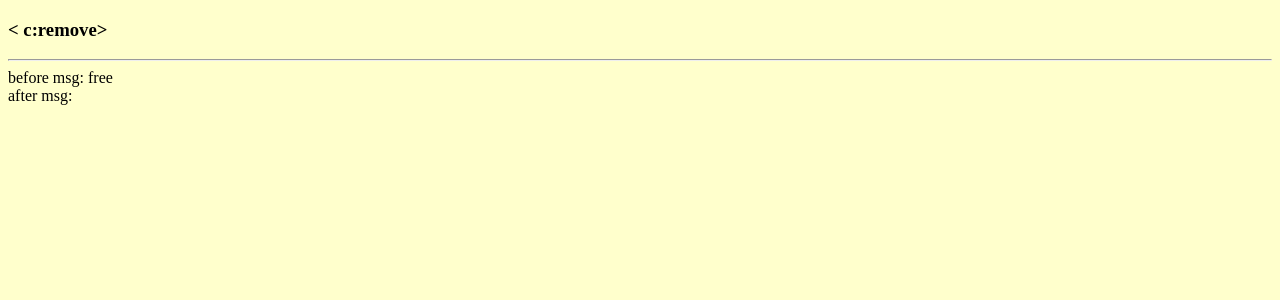
Repository: topblame/Bootcamp
Page: http://localhost/JSP_250408/chapter05/01_jstlExam.jsp
The author's editor kept a copy of each file at every save. The page is drawn from the files as they stood at one save, then again after the next save.
The browser window is 1280 px wide. The pictures show the whole page.
The page is served by Tomcat 9. Other server files are loaded and not shown.

Above is the page before, as saved 2025-06-27 02:14:58.

### WebMvc/JSP_250408/src/main/webapp/chapter05/01_jstlExam.jsp
<%@ page language="java" contentType="text/html; charset=UTF-8" pageEncoding="UTF-8"%>
<%@ taglib prefix = "c" uri = "http://java.sun.com/jsp/jstl/core" %>
<!DOCTYPE html PUBLIC "-//W3C//DTD HTML 4.01 Transitional//EN" "http://www.w3.org/TR/html4/loose.dtd">
<html>
<head>
<meta http-equiv="Content-Type" content="text/html; charset=UTF-8">
<title>JSTL</title> <!-- java-server standard tag lib -->
</head>
<body bgcolor = "#ffffcc">
<h3>&lt; c:remove&gt;</h3>
<hr />
<c:set var ="msg" value = "free"/>
before msg: ${msg }
<br />
<c:remove var = "msg"/>
after msg: ${msg }
<p></p>
</body>
</html>
<!--JSTL(JavaServer Pages Standard Tag Library): JSP에서 자주 사용되는 자바 코드를 태그방식으로 지원 -->

After the next save:
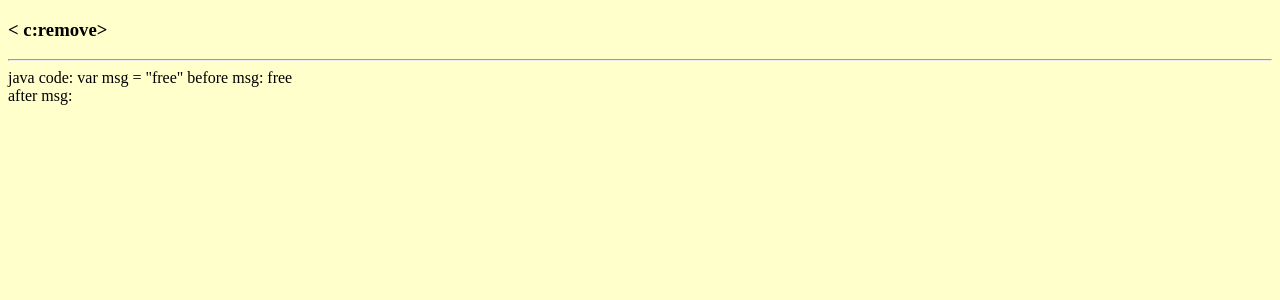
Saved 115 s later.
--- a/WebMvc/JSP_250408/src/main/webapp/chapter05/01_jstlExam.jsp
+++ b/WebMvc/JSP_250408/src/main/webapp/chapter05/01_jstlExam.jsp
@@ -9,6 +9,7 @@
 <body bgcolor = "#ffffcc">
 <h3>&lt; c:remove&gt;</h3>
 <hr />
+java code: var msg = "free"
 <c:set var ="msg" value = "free"/>
 before msg: ${msg }
 <br />

After the save that followed:
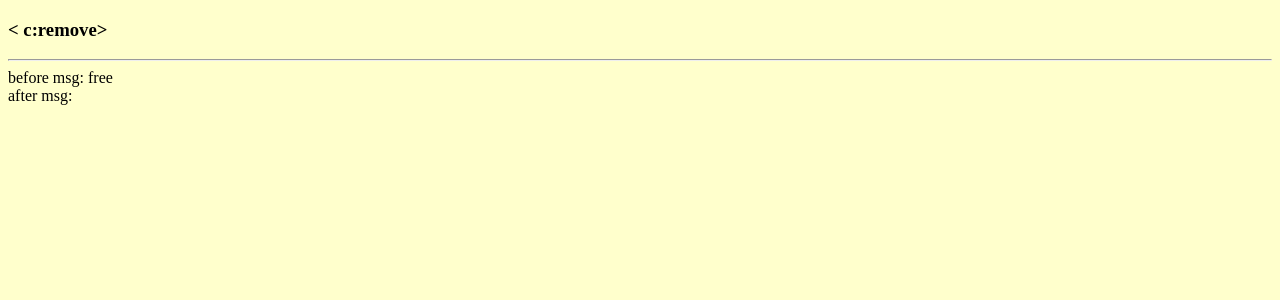
Saved 60 s later.
--- a/WebMvc/JSP_250408/src/main/webapp/chapter05/01_jstlExam.jsp
+++ b/WebMvc/JSP_250408/src/main/webapp/chapter05/01_jstlExam.jsp
@@ -9,7 +9,7 @@
 <body bgcolor = "#ffffcc">
 <h3>&lt; c:remove&gt;</h3>
 <hr />
-java code: var msg = "free"
+<!-- java code: var msg = "free" -->
 <c:set var ="msg" value = "free"/>
 before msg: ${msg }
 <br />
